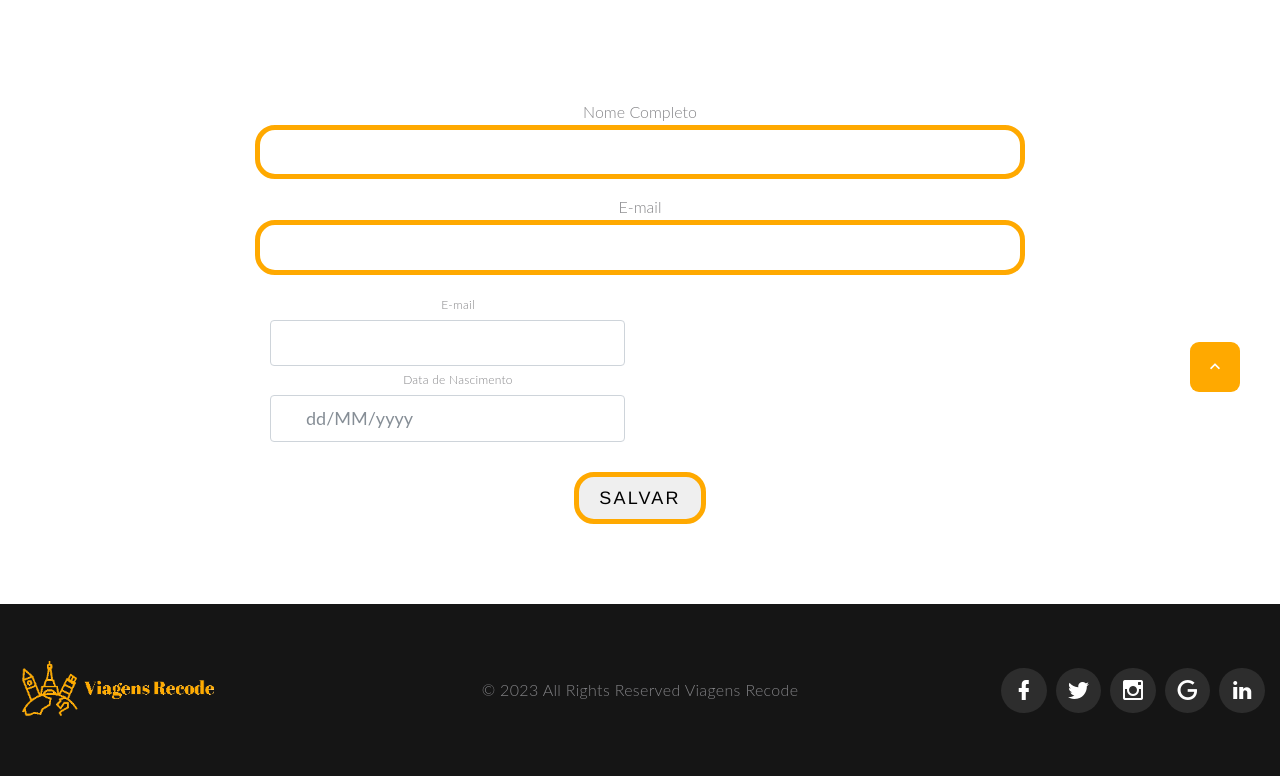
Repository: LiraS23/RecodePro2023-Modulo-4
Page: http://localhost/Modulo4/editarCliente.jsp
The author's editor kept a copy of each file at every save. The page is drawn from the files as they stood at one save, then again after the next save.
The browser window is 1280 px wide. The pictures show the part of the page from y = 388 to 1164 px (the page is 1164 px tall).
Some web fonts or font styles are not loaded; a fallback is used. The page is served by Tomcat 10.

Above is the page before, as saved 2023-11-02 17:47:41.

After the next save:
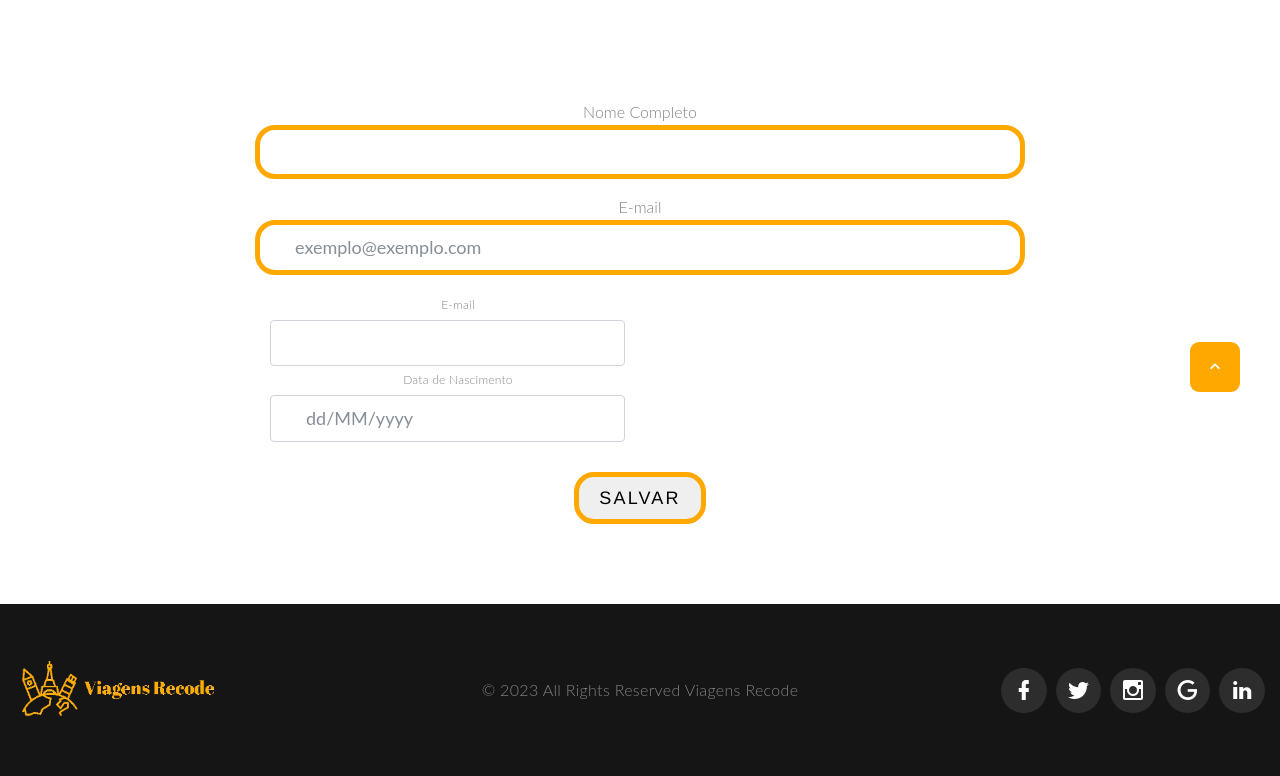
Saved 11 s later.
--- a/java/Modulo4/src/main/webapp/editarCliente.jsp
+++ b/java/Modulo4/src/main/webapp/editarCliente.jsp
@@ -101,7 +101,7 @@
 							<div class="form-group">
 								<label for="edit_email">E-mail</label> <input type="email"
 									class="form-control" id="edit_email" name="email"
-									placeholder="" data-constraints="@Email @Required"
+									placeholder="exemplo@exemplo.com" data-constraints="@Email @Required"
 									style="border: 5px solid #FFA900; border-radius: 20px;">
 							</div>
 							<div class="col-md-6">
